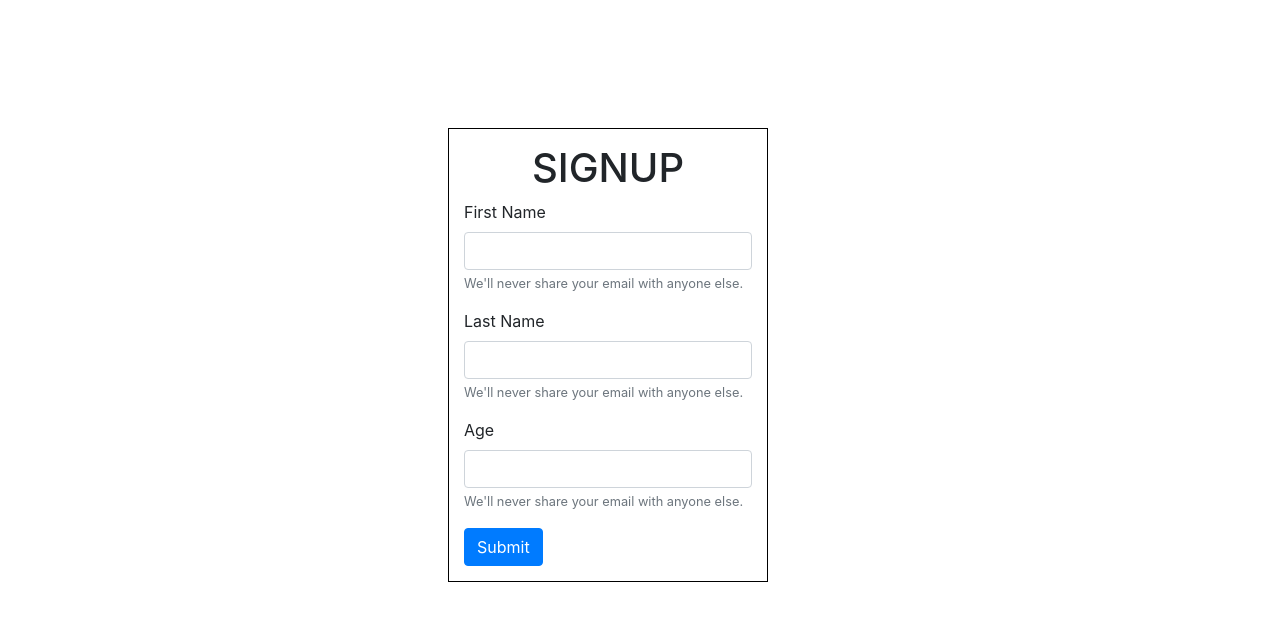
Repository: DhananjayaLakshan/PHP_CRUD_OOP1
Page: http://localhost/signup.php
The author's editor kept a copy of each file at every save. The page is drawn from the files as they stood at one save, then again after the next save.
The browser window is 1280 px wide. The pictures show the whole page.
The page is run by PHP 8.4 with error messages shown; the project is at /var/www/html/.

Above is the page before, as saved 2023-11-30 12:13:36.

### signup.php
<!DOCTYPE html>
<html lang="en">

<head>
    <meta charset="UTF-8">
    <meta name="viewport" content="width=device-width, initial-scale=1.0">
    <title>SIGNUP</title>

    <link rel="stylesheet" href="https://cdn.jsdelivr.net/npm/bootstrap@4.5.3/dist/css/bootstrap.min.css" integrity="sha384-TX8t27EcRE3e/ihU7zmQxVncDAy5uIKz4rEkgIXeMed4M0jlfIDPvg6uqKI2xXr2" crossorigin="anonymous">
    <link rel="stylesheet" href="style.css">
    <script src="script.js"></script>
</head>

<body>



    <form action="" method="post" style="width: 25%; margin: 10% 35%; border: 1px solid black; padding : 15px;">
    <h1 style="text-align: center; font-weight: 500;">SIGNUP</h1>

        <div class="form-group">
            <label for="exampleInputEmail1">First Name</label>
            <input type="text" name="firstName" class="form-control" id="exampleInputEmail1" aria-describedby="emailHelp">
            <small id="emailHelp" class="form-text text-muted">We'll never share your email with anyone else.</small>
        </div>

        <div class="form-group">
            <label for="exampleInputEmail1">Last Name</label>
            <input type="text" name="firstName" class="form-control" id="exampleInputEmail1" aria-describedby="emailHelp">
            <small id="emailHelp" class="form-text text-muted">We'll never share your email with anyone else.</small>
        </div>

        <div class="form-group">
            <label for="exampleInputEmail1">Age</label>
            <input type="number" name="firstName" class="form-control" id="exampleInputEmail1" aria-describedby="emailHelp">
            <small id="emailHelp" class="form-text text-muted">We'll never share your email with anyone else.</small>
        </div>



        <button type="submit" class="btn btn-primary">Submit</button>
    </form>









    <script src="https://code.jquery.com/jquery-3.5.1.slim.min.js" integrity="sha384-DfXdz2htPH0lsSSs5nCTpuj/zy4C+OGpamoFVy38MVBnE+IbbVYUew+OrCXaRkfj" crossorigin="anonymous"></script>
    <script src="https://cdn.jsdelivr.net/npm/bootstrap@4.5.3/dist/js/bootstrap.bundle.min.js" integrity="sha384-ho+j7jyWK8fNQe+A12Hb8AhRq26LrZ/JpcUGGOn+Y7RsweNrtN/tE3MoK7ZeZDyx" crossorigin="anonymous"></script>
</body>

</html>

### style.css
.addButton {
    padding: 5px 25px;
    margin: 10px;

}

.table{
    margin: 10px !important;
    width: 85%;

}

Loaded but not shown: script.js (no stored copy; drawn as an empty file)

After the next save:
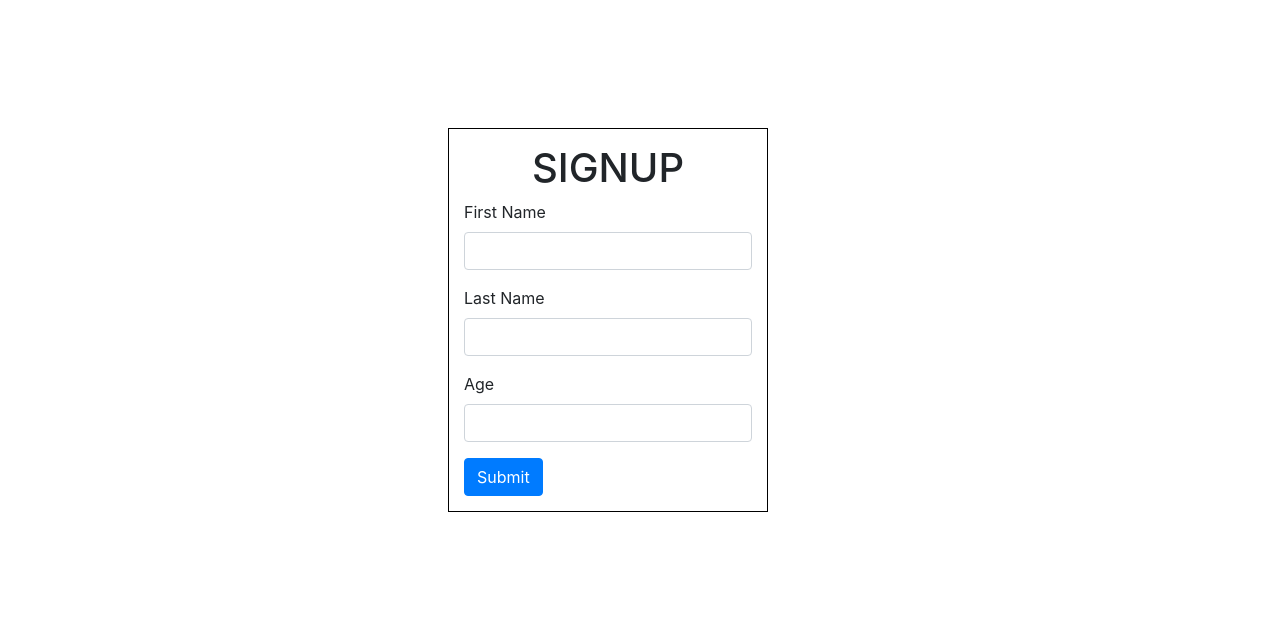
Saved 27 s later.
--- a/signup.php
+++ b/signup.php
@@ -21,22 +21,18 @@
         <div class="form-group">
             <label for="exampleInputEmail1">First Name</label>
             <input type="text" name="firstName" class="form-control" id="exampleInputEmail1" aria-describedby="emailHelp">
-            <small id="emailHelp" class="form-text text-muted">We'll never share your email with anyone else.</small>
+            <!-- <small id="emailHelp" class="form-text text-muted">We'll never share your email with anyone else.</small> -->
         </div>
 
         <div class="form-group">
             <label for="exampleInputEmail1">Last Name</label>
             <input type="text" name="firstName" class="form-control" id="exampleInputEmail1" aria-describedby="emailHelp">
-            <small id="emailHelp" class="form-text text-muted">We'll never share your email with anyone else.</small>
         </div>
 
         <div class="form-group">
             <label for="exampleInputEmail1">Age</label>
             <input type="number" name="firstName" class="form-control" id="exampleInputEmail1" aria-describedby="emailHelp">
-            <small id="emailHelp" class="form-text text-muted">We'll never share your email with anyone else.</small>
         </div>
-
-
 
         <button type="submit" class="btn btn-primary">Submit</button>
     </form>
